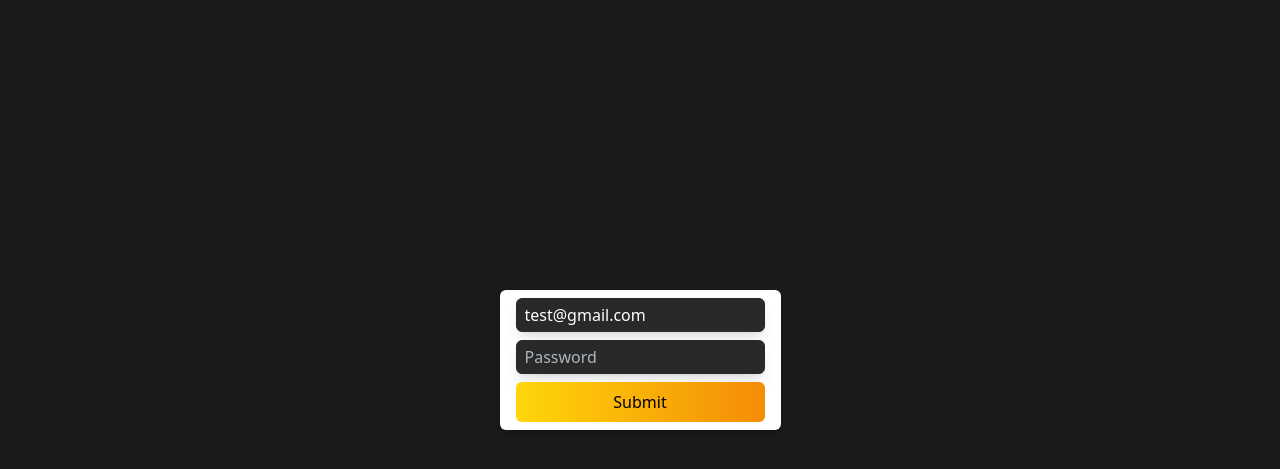
Repository: s-babaeizadeh/react-hook-form-with--zod-validation
Page: /
The author's editor kept a copy of each file at every save. The page is drawn from the files as they stood at one save, then again after the next save.
The browser window is 1280 px wide. The pictures show the whole page.
The project was rebuilt for these pictures with package versions that can differ from the ones it lists, and the page was loaded fresh each time. Also part of the build but not shown: vite.config.ts.

Above is the page before, as saved 2024-08-13 20:23:28.

After the next save:
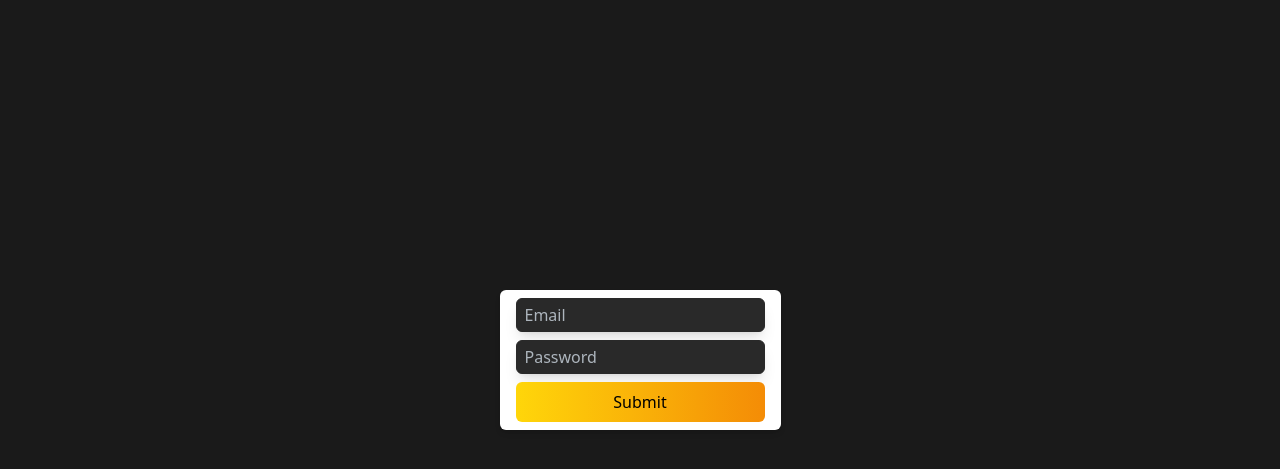
Saved 49 min 20 s later.
--- a/src/components/HookForm.tsx
+++ b/src/components/HookForm.tsx
@@ -19,9 +19,9 @@ const HookForm = () => {
     formState: { errors, isSubmitting },
     reset,
   } = useForm<FormFields>({
-    defaultValues: {
-      email: "test@gmail.com",
-    },
+    // defaultValues: {
+    //   email: "test@gmail.com",
+    // },
     resolver: zodResolver(schema),
   });
 
